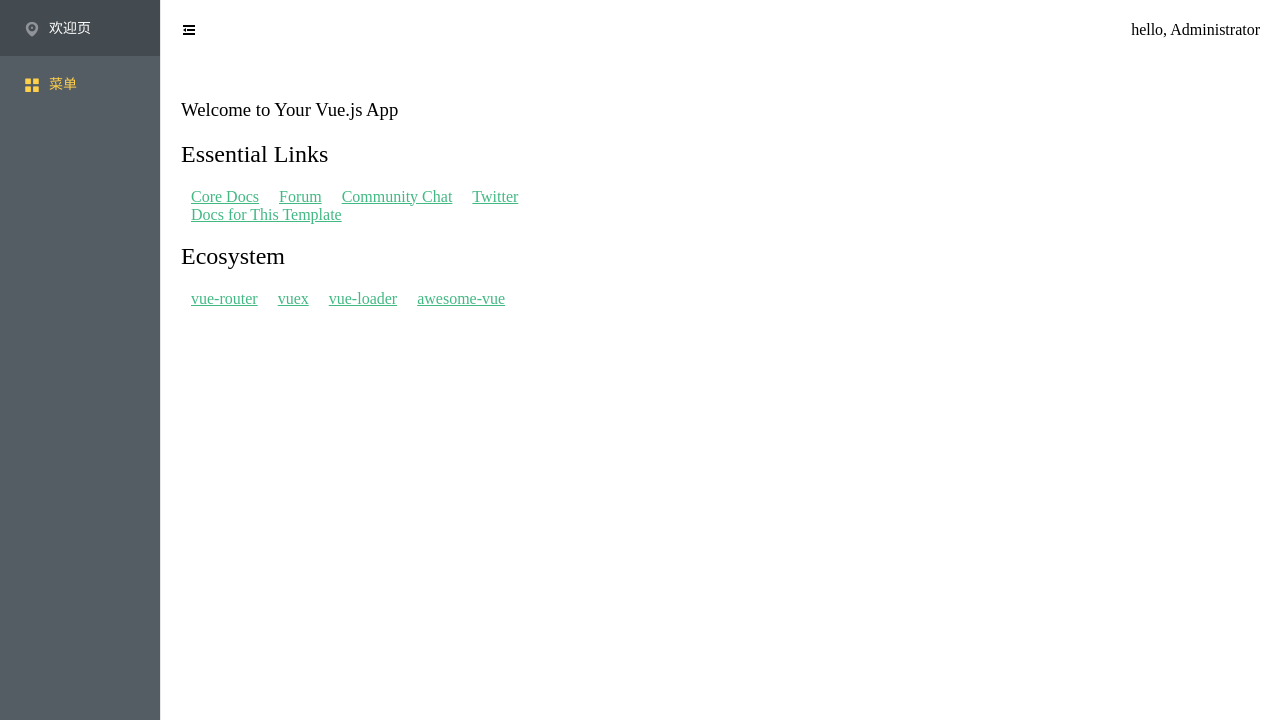
Repository: qianxuebing/admin
Page: /HelloWorld
These files come from the project's save history. The page is drawn as it stood at one moment and after the next save; the edit follows.
The browser window is 1280 px wide. The pictures show the whole page.
The project was rebuilt for these pictures with package versions that can differ from the ones it lists, and the page was loaded fresh each time. Imported but missing from the stored project, and not drawn on this page: src/views/home/Home.

Above is the page before, as saved 2019-12-09 16:15:12.

### src/main.js
// The Vue build version to load with the `import` command
// (runtime-only or standalone) has been set in webpack.base.conf with an alias.
import Vue from 'vue'
import App from './App'
import router from './router'
import ElementUI from 'element-ui'
import 'element-ui/lib/theme-chalk/index.css'
import store from './store/index'

Vue.use(ElementUI)

Vue.config.productionTip = false

/* eslint-disable no-new */
new Vue({
  el: '#app',
  router,
  store,
  components: { App },
  template: '<App/>'
})

### src/App.vue
<template>
  <div id="app">
    <router-view/>
  </div>
</template>

<script>
export default {
  name: 'App'
}
</script>

<style>
html,body {
  height: 100%;
  overflow: hidden;
  margin: 0;
  padding: 0;
}
  #app {
    height: 100%;
  }
</style>

### src/router/index.js
import Vue from 'vue'
import Router from 'vue-router'
import HelloWorld from '@/components/HelloWorld'
import Home from '@/views/home/Home'
import Layout from '@/views/layout/Layout'

Vue.use(Router)

export default new Router({
  mode: 'history',
  routes: [
    {
      path: '/',
      component: Layout,
      children: [
        {
          path: '/',
          name: 'Home',
          component: Home
        },
        {
          path: '/HelloWorld',
          name: 'HelloWorld',
          component: HelloWorld
        }
      ]
    }
  ]
})

### src/store/index.js
import Vue from 'vue'
import Vuex from 'vuex'

Vue.use(Vuex)

const store = new Vuex.Store({
  state: {
    isActive: false
  },
  getters: {

  },
  mutations: {
    TOGGLE_SIDEBAR (state) {
      state.isActive = !state.isActive
    }
  },
  actions: {
    toggleSideBar ({commit}) {
      commit('TOGGLE_SIDEBAR')
    }
  }
})

export default store

### src/views/layout/Layout.vue
<template>
  <el-container class="container">
      <side-bar></side-bar>
      <el-container>
          <el-header>
            <nav-bar></nav-bar>
          </el-header>
          <el-main>
            <router-view></router-view>
          </el-main>
      </el-container>
  </el-container>
</template>

<script>
import SideBar from '../../components/SideBar'
import NavBar from '../../components/NavBar'
export default {
  components: {
    SideBar,
    NavBar
  }
}
</script>

<style>
  .container >>> .el-header{
    background-color: black;
  }
  .container{
    height: 100%;
  }
</style>

### src/components/SideBar.vue
<template>
  <el-menu router :default-active="$route.path" class="el-menu-vertical-demo menu" :collapse="isActive" background-color="#545c64" text-color="#fff"  acitve-background-color="#001528" active-text-color="#ffd04b">
    <template v-for="item in sideBarData">
      <el-menu-item :index="item.path" :key="item.id">
        <i :class="item.icon"></i>
        <span slot="title">{{ item.title }}</span>
      </el-menu-item>
    </template>
  </el-menu>
</template>

<script>
import { mapState } from 'vuex'
import sideBarData from './mock.js'
export default {
  data () {
    return {
      sideBarData: sideBarData
    }
  },
  computed: {
    ...mapState(['isActive'])
  }
}
</script>

<style>
  .menu {
    height: 100%;
    overflow: auto;
  }
  .el-menu-vertical-demo:not(.el-menu--collapse) {
    width: 160px;
  }
</style>

### src/components/NavBar.vue
<template>
  <div class="header-inner">
    <i :class="`${isActive ? 'el-icon-s-unfold' : 'el-icon-s-fold'}`" @click="toggleSideBar"></i>
    <span>hello, Administrator</span>
  </div>
</template>

<script>
import { mapState } from 'vuex'
export default {
  computed: {
    ...mapState(['isActive'])
  },
  methods: {
    toggleSideBar () {
      this.$store.dispatch('toggleSideBar')
    }
  }
}
</script>

<style>
  .header-inner{
    height: 60px;
    display: flex;
    justify-content: space-between;
    align-items: center;
  }
</style>

### src/components/mock.js
const sideBarData = [
  {
    id: '01',
    path: '/',
    title: '欢迎页',
    icon: 'el-icon-location'
  }, {
    id: '02',
    path: '/HelloWorld',
    title: '菜单',
    icon: 'el-icon-menu'
  }
]

export default sideBarData

Loaded but not shown: index.html (common file); src/components/HelloWorld.vue (common file)

After the next save:
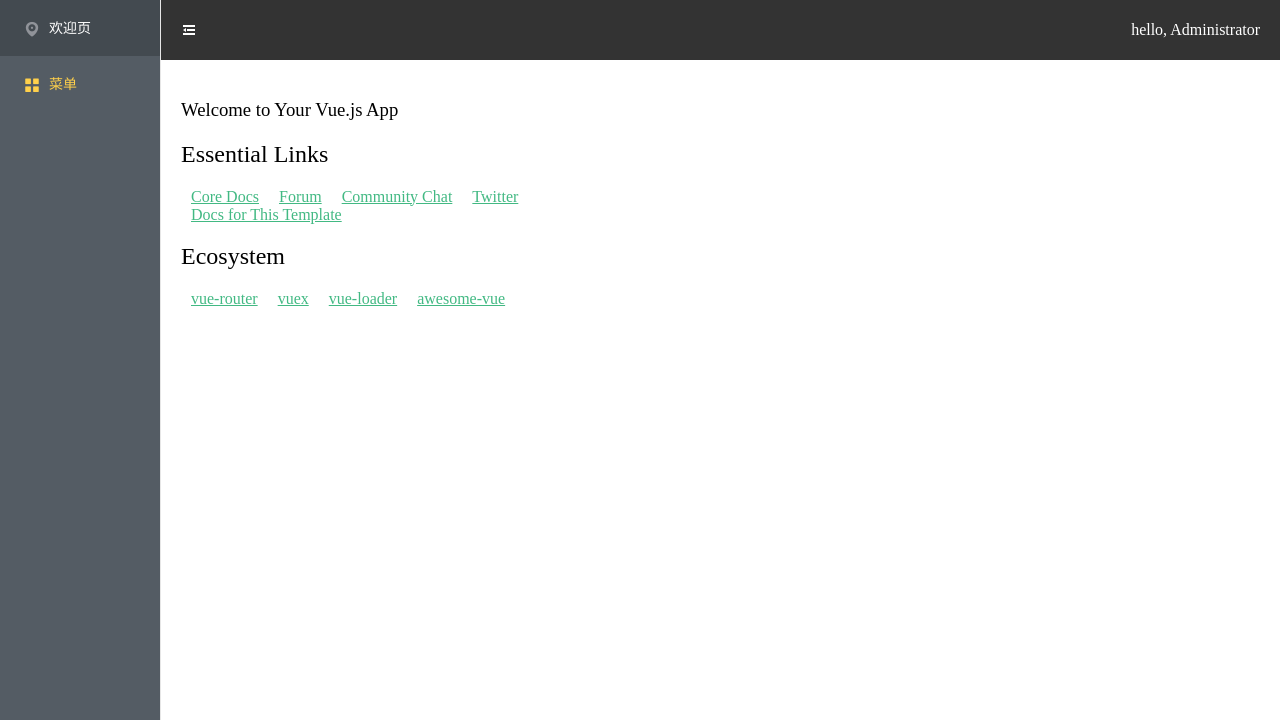
Saved 84 s later.
--- a/src/views/layout/Layout.vue
+++ b/src/views/layout/Layout.vue
@@ -2,7 +2,7 @@
   <el-container class="container">
       <side-bar></side-bar>
       <el-container>
-          <el-header>
+          <el-header class="header">
             <nav-bar></nav-bar>
           </el-header>
           <el-main>
@@ -24,10 +24,11 @@ export default {
 </script>
 
 <style>
-  .container >>> .el-header{
-    background-color: black;
-  }
   .container{
     height: 100%;
   }
+  .header{
+    background: #333;
+    color: #fff;
+  }
 </style>
